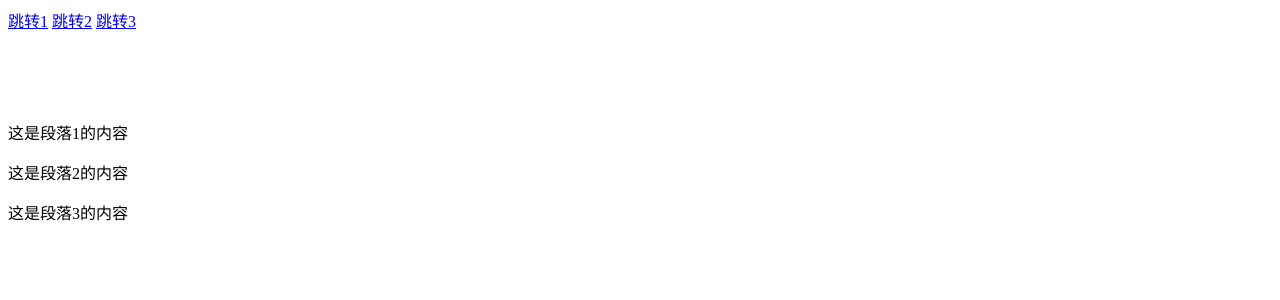
Repository: LstHeart/html-learning
Page: css3/目标伪类.html
An editor plug-in stored every save of this project. The page is shown before and after the next save, followed by the edit.
The browser window is 1280 px wide. The pictures show the whole page.

Above is the page before, as saved 2021-01-11 14:49:57.

After the next save:
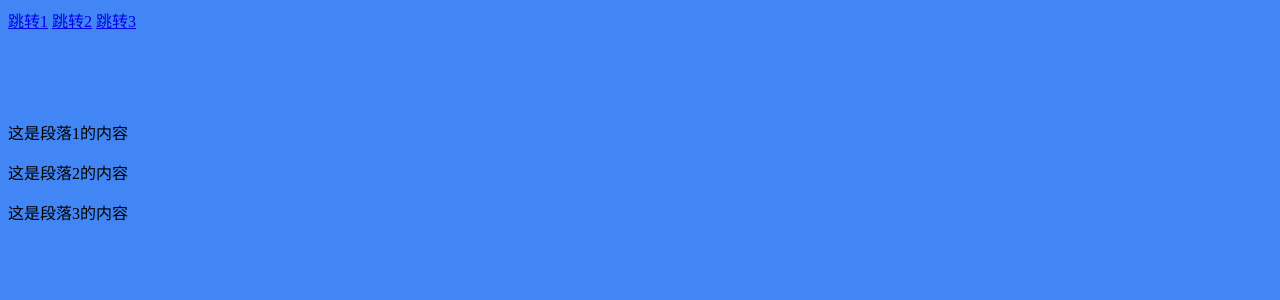
Saved 35 s later.
--- a/css3/目标伪类.html
+++ b/css3/目标伪类.html
@@ -7,7 +7,7 @@
     <title>Document</title>
     <style>
         :not(p){
-            background-color: #fff;
+            background-color: #4285f4;
         }
     </style>
 </head>
